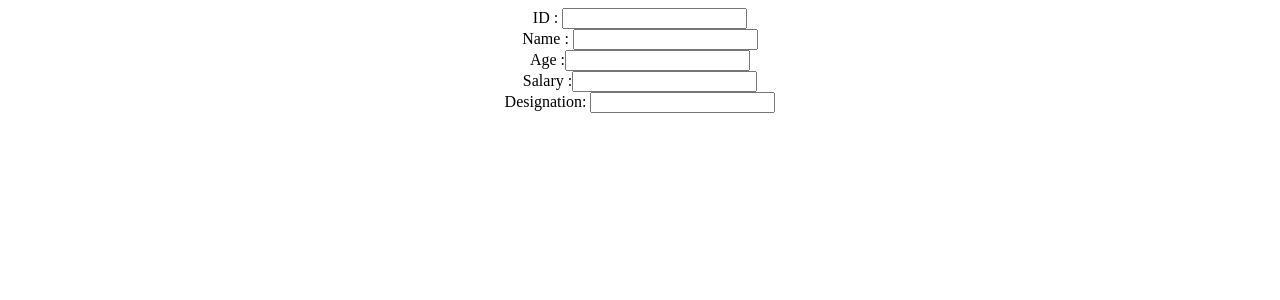
Repository: Thaneshwara848/JSP_Demo
Page: WebDemo1/src/main/webapp/Register.html
The author's editor kept a copy of each file at every save. The page is drawn from the files as they stood at one save, then again after the next save.
The browser window is 1280 px wide. The pictures show the whole page.

Above is the page before, as saved 2022-08-05 16:57:13.

After the next save:
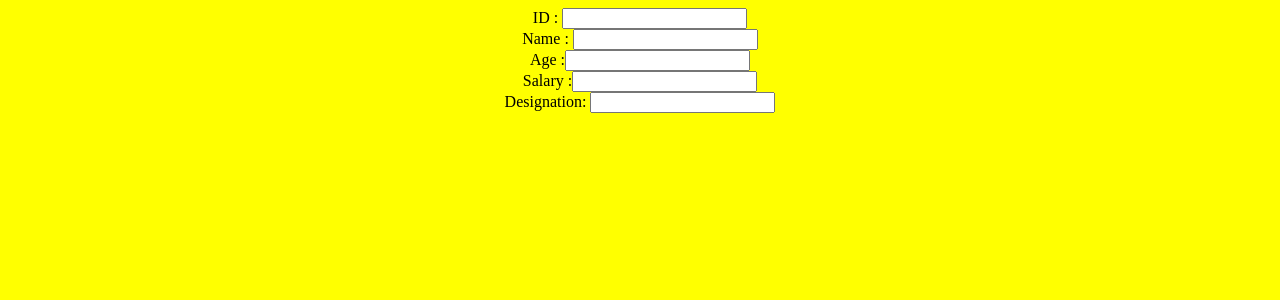
Saved 11 s later.
--- a/WebDemo1/src/main/webapp/Register.html
+++ b/WebDemo1/src/main/webapp/Register.html
@@ -4,7 +4,7 @@
 <meta charset="UTF-8">
 <title>Insert title here</title>
 </head>
-<body>
+<body bgColor="yellow">
 <Div style="text-align: center;">
 	<form action="">
 
